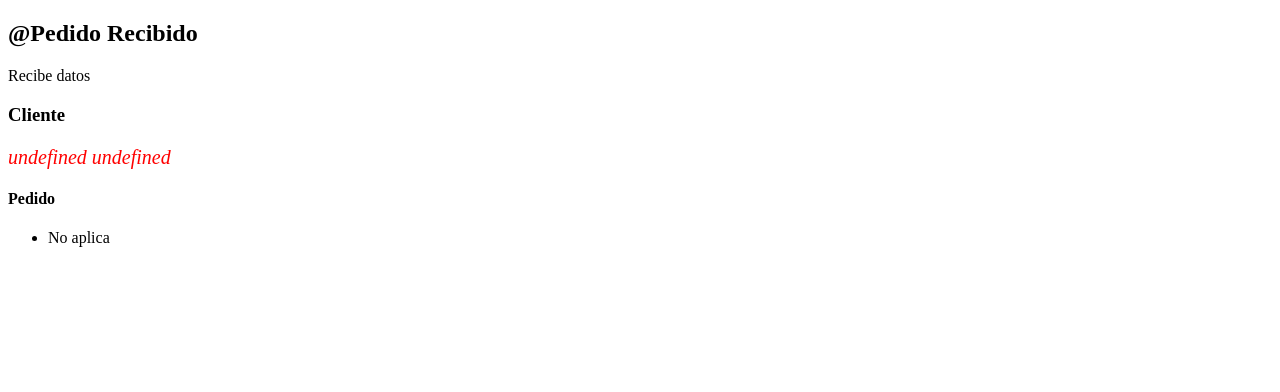
Repository: UVMCoyoacan/VEFY
Page: recibedatos.html
An editor plug-in stored every save of this project. The page is shown before and after the next save, followed by the edit.
The browser window is 1280 px wide. The pictures show the whole page.

Above is the page before, as saved 2024-03-01 11:30:46.
Console error: ReferenceError: ad1 is not defined

After the next save:
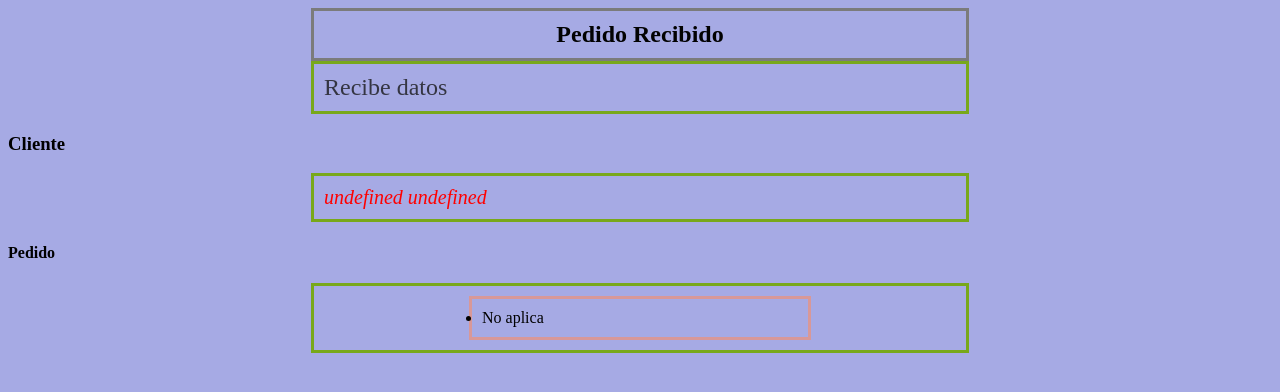
Saved 39 s later.
--- a/recibedatos.html
+++ b/recibedatos.html
@@ -1,6 +1,8 @@
 <!DOCTYPE html>
 <html>
 	<head>
+
+        <link rel="stylesheet" href="estilo4.css"/>
 		<script type="text/javascript">
 			function getUrlVars() { //SOLO CON GET//
 			var vars = {};
@@ -24,11 +26,11 @@
 
 				alert("chk= " +ops+": "+ ad1);
 		</script>
-		<meta charset="UTF-8" />
+		<meta charset="utf-8" />
 	</head>
 <body>
 
-<h2>@Pedido Recibido</h2>
+<h2>Pedido Recibido</h2>
 
 <p>Recibe datos</p>
 
